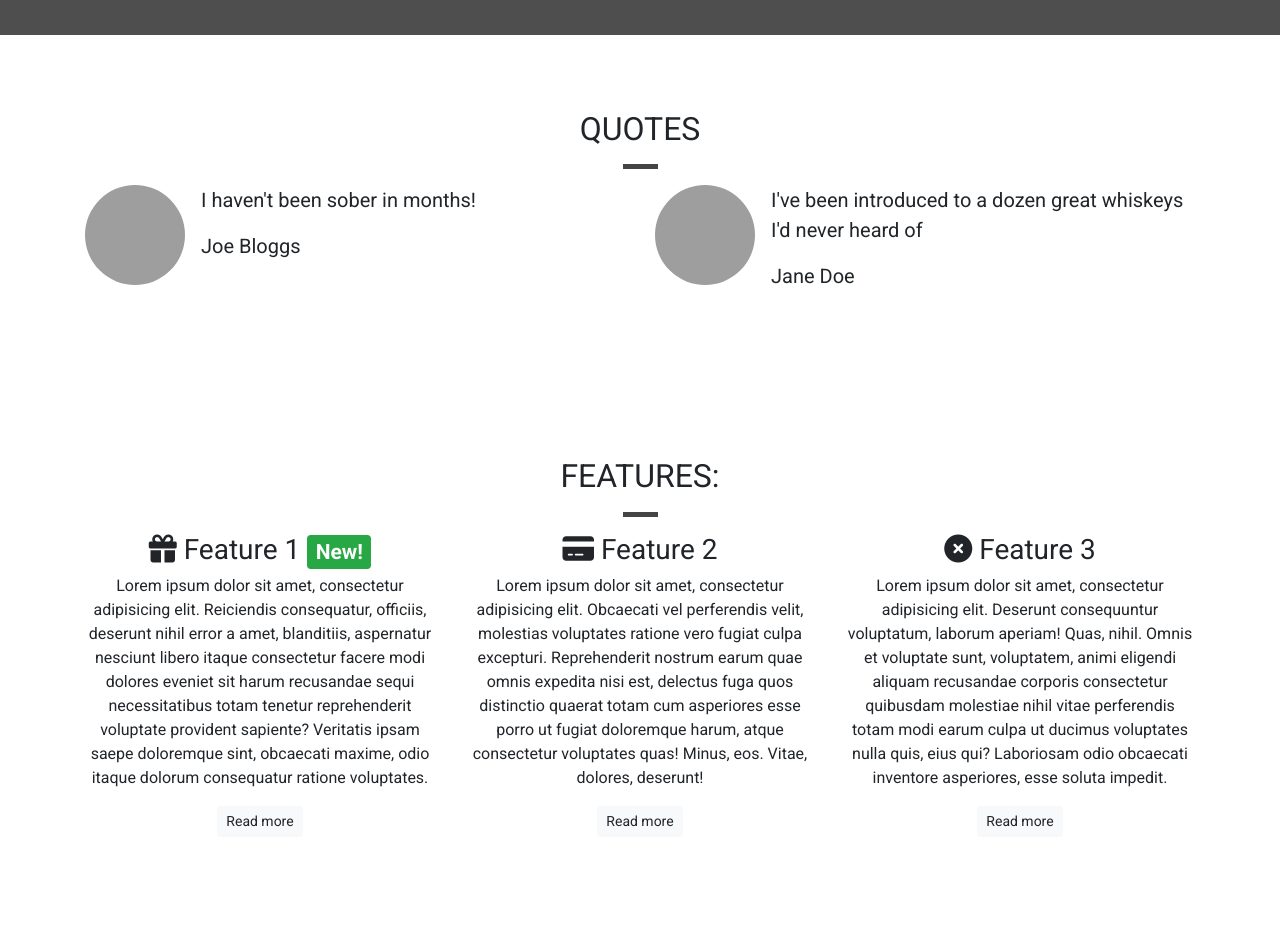
Repository: Matt-F90/Intro-to-bootstrap
Page: index.html
The author's editor kept a record of every edit. The page is drawn from the files as they stood at one moment, then again after the next edit.
The browser window is 1280 px wide. The pictures show the part of the page from y = 685 to 1637 px (the page is 1637 px tall).
Pictures or frames that could not be fetched are drawn as grey boxes. Backgrounds fixed to the window are drawn as part of the page. Some web libraries are served in a nearby version.

Above is the page before.
Console error: TypeError: Cannot read properties of undefined (reading 'fn')

After the next edit:
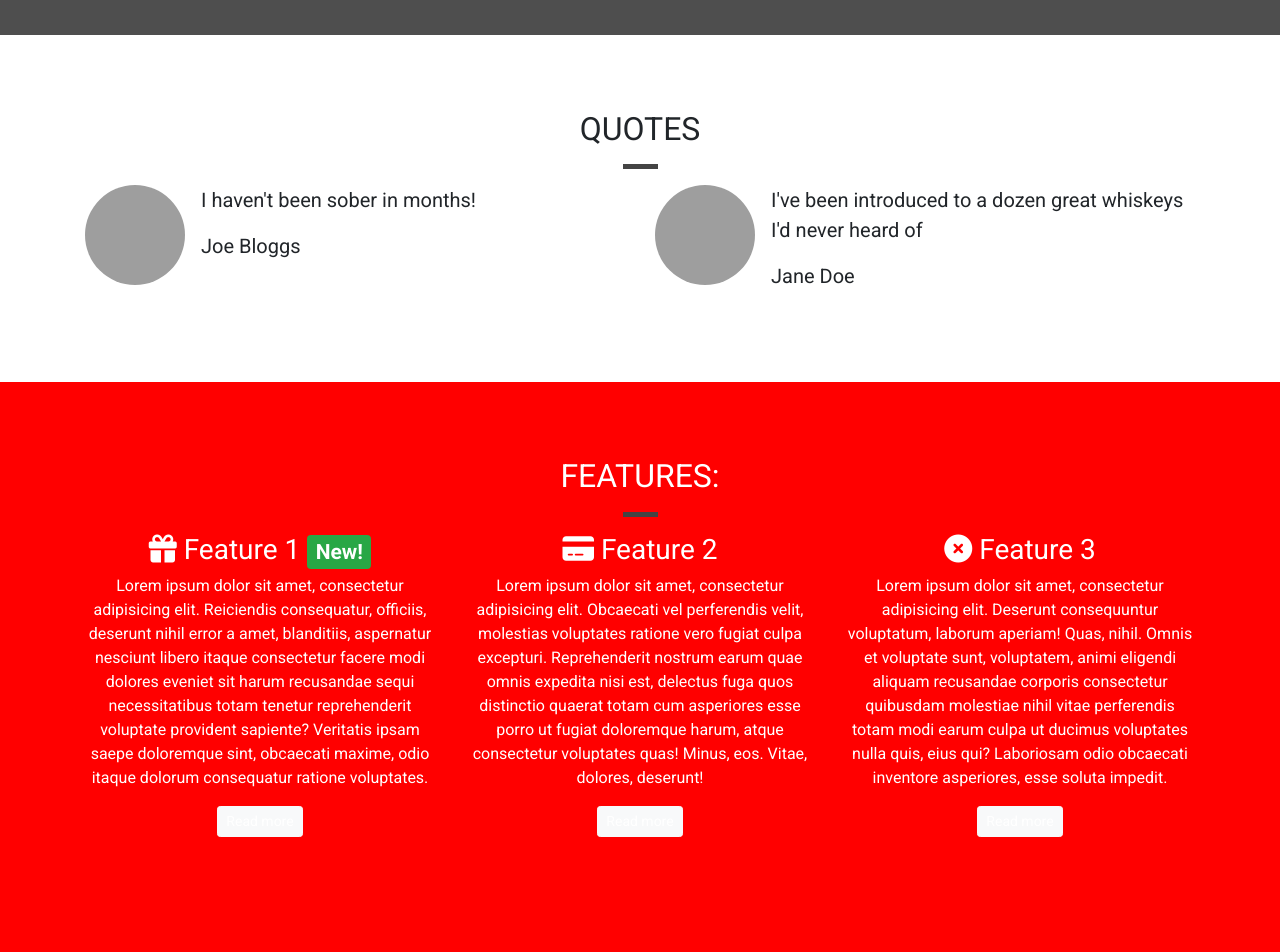
The edit:
--- a/index.html
+++ b/index.html
@@ -114,6 +114,7 @@
             </section>
         </div>
 
+       <div class="container-wrapper container-wrapper-red">
         <div class="container features-container content-container">
             <section class="features">
                 <div class="row">
